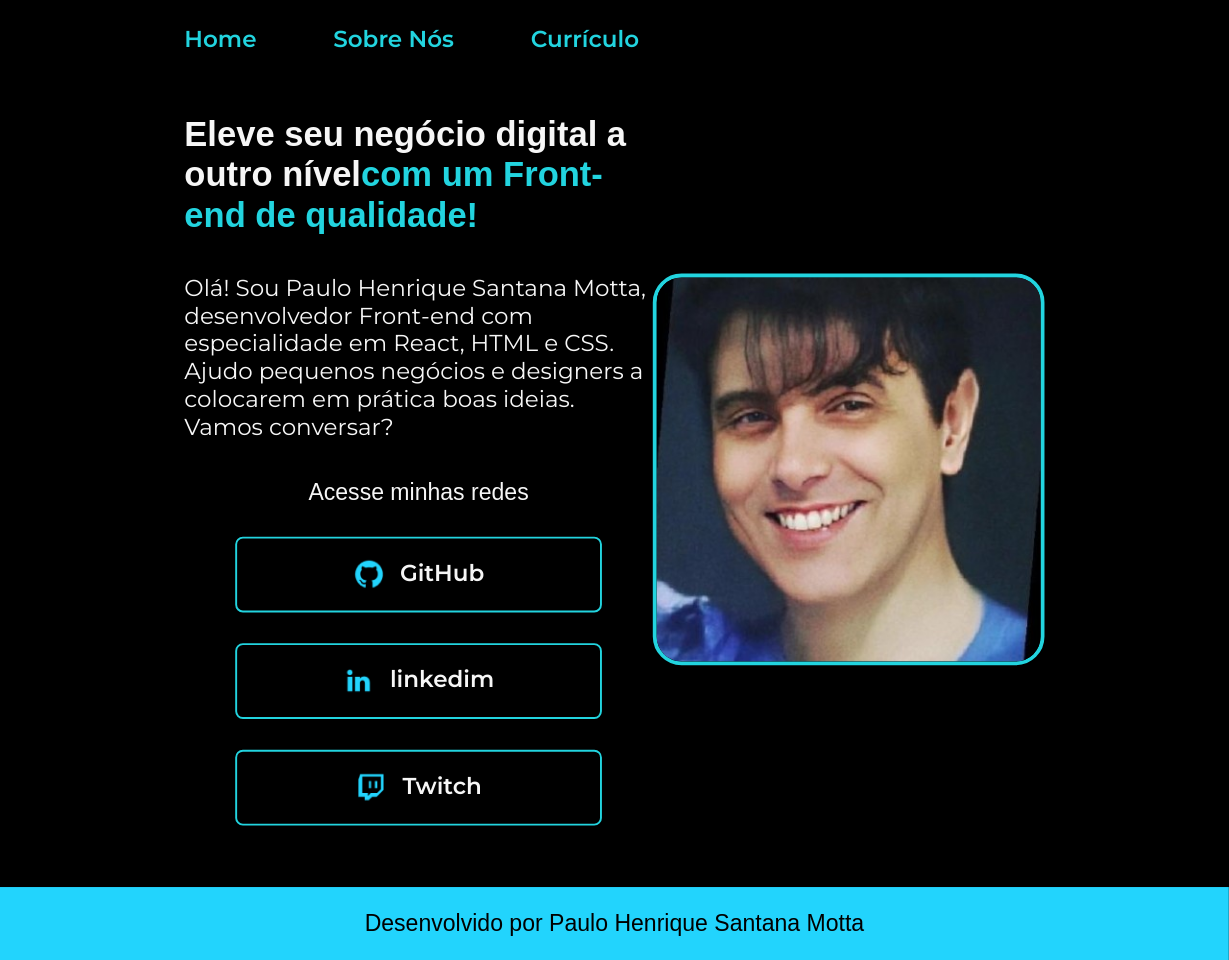
Repository: phsmottanerd/projeto-portfolio-alura
Page: index.html
These files come from the project's save history. The page is drawn as it stood at one moment and after the next save; the edit follows.
The browser window is 1280 px wide. The pictures show the whole page, at 96% of full size.
Some web fonts or font styles are not loaded; a fallback is used.

Above is the page before, as saved 2025-01-28 01:27:40.

After the next save:
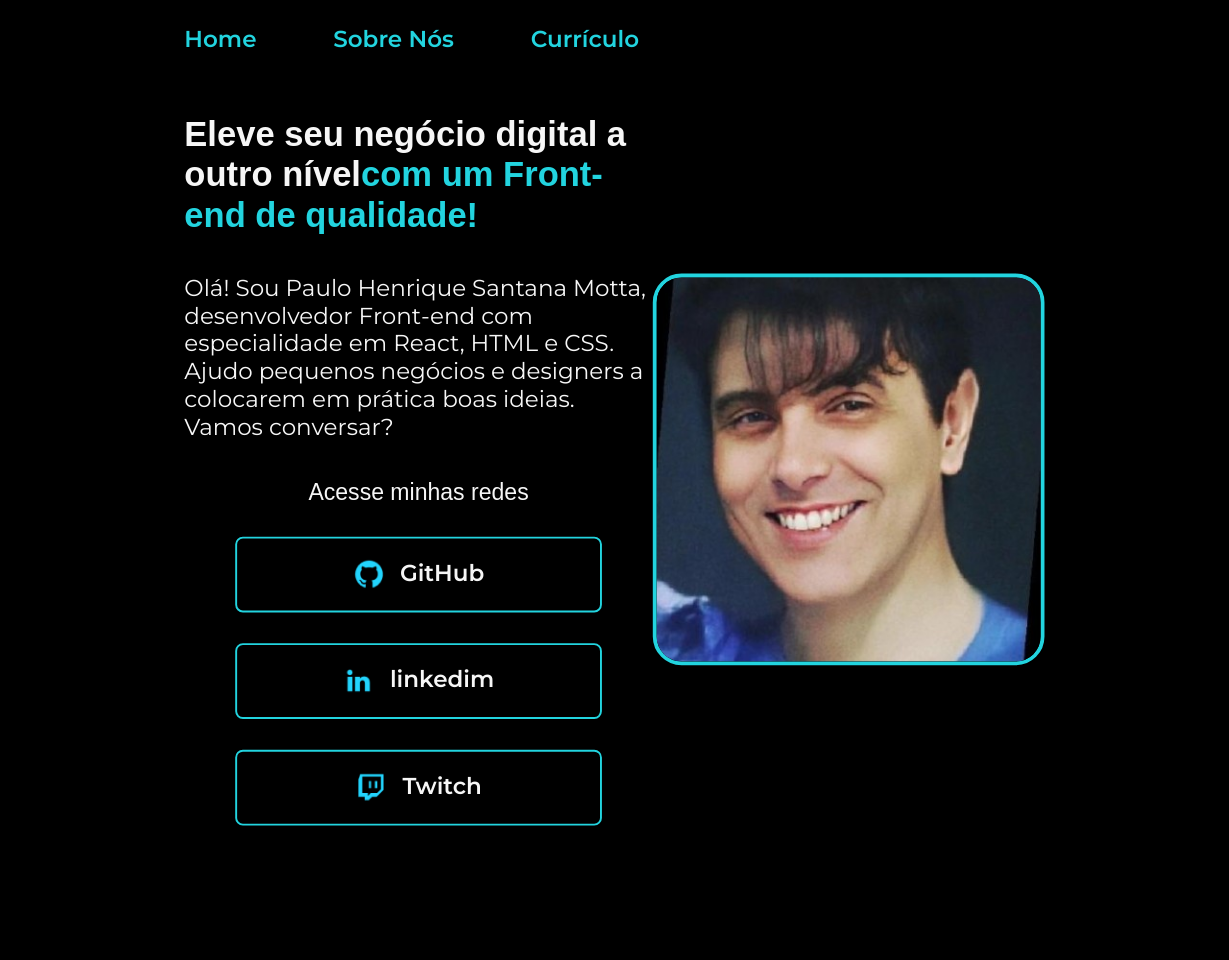
Saved 69 s later.
--- a/estilos/style.css
+++ b/estilos/style.css
@@ -94,7 +94,7 @@ body {
 .rodape {
   padding: 24px;
   color: #000;
-  background-color: #22d4fd;
+  background-color: var(--cor-primaria);
   text-align: center;
   font-family: "Montsearrat", sans-serif;
   font-size: 24px;
